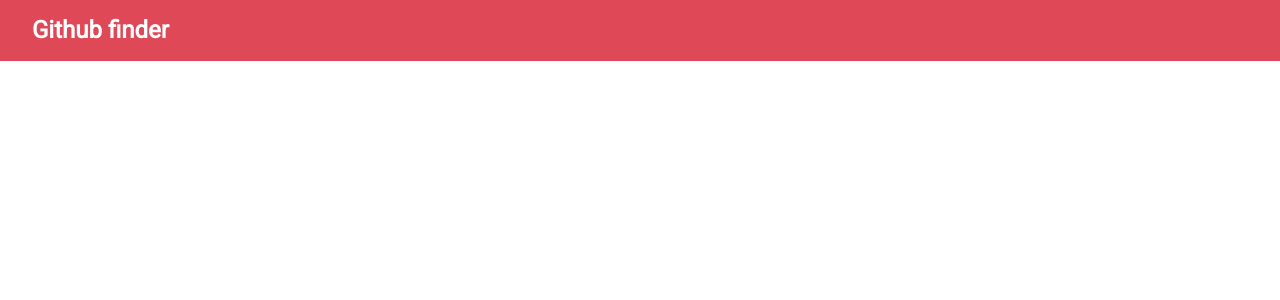
Repository: messimacky/github-finder
Page: /
An editor plug-in stored every save of this project. The page is shown before and after the next save, followed by the edit.
The browser window is 1280 px wide. The pictures show the whole page.
Some web libraries are served in a nearby version. The project was rebuilt for these pictures with package versions that can differ from the ones it lists, and the page was loaded fresh each time.

Above is the page before, as saved 2022-02-21 12:46:43.

### public/index.html
<!DOCTYPE html>
<html lang="en">
  <head>
    <meta charset="utf-8" />
    <link rel="icon" href="%PUBLIC_URL%/favicon.ico" />
    <meta name="viewport" content="width=device-width, initial-scale=1" />
    <meta name="theme-color" content="#000000" />
    <meta
      name="description"
      content="Web site created using create-react-app"
    />
    <link rel="apple-touch-icon" href="%PUBLIC_URL%/logo192.png" />

    <link rel="manifest" href="%PUBLIC_URL%/manifest.json" />

    <link
    rel="stylesheet"
    href="https://use.fontawesome.com/releases/v5.8.2/css/all.css"
    integrity="sha384-oS3vJWv+0UjzBfQzYUhtDYW+Pj2yciDJxpsK1OYPAYjqT085Qq/1cq5FLXAZQ7Ay"
    crossorigin="anonymous"
  />

    <title>React App</title>
  </head>
  <body>
    <noscript>You need to enable JavaScript to run this app.</noscript>
    <div id="root"></div>
  </body>
</html>

### src/App.js
import React, { Component, Fragment } from 'react';
import Navbar from './components/layout/Navbar';
import './App.css';

class App extends React.Component {

render(){
 return (
    <div className='App'>
   <Navbar title="Github finder" />

    </div>
  );
}


}

export default App;

### src/components/layout/Navbar.js
import React, { Component } from 'react'

export class Navbar extends Component {
  render() {
    return (
      <nav className='navbar bg-primary'>
      <h1>
      <i className/>
      {this.props.icon}
      {this.props.title}
      </h1>
       </nav>
    )
  }
}

export default Navbar

Loaded but not shown: src/index.js (common file); src/App.css (common file)

After the next save:
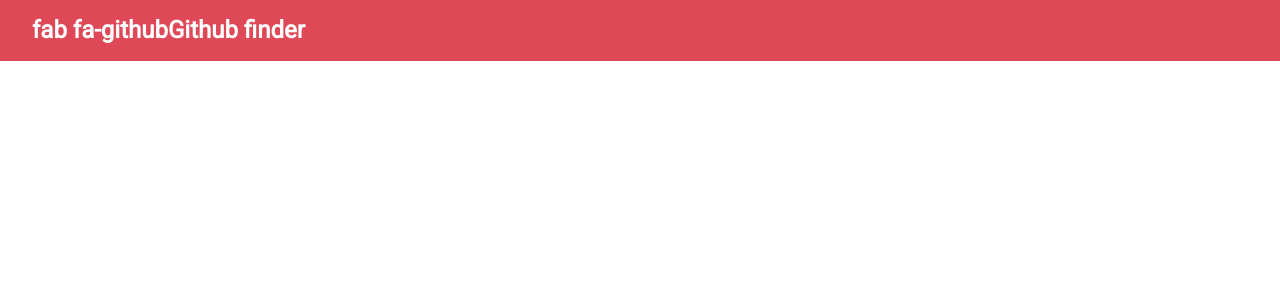
Saved 20 s later.
--- a/src/App.js
+++ b/src/App.js
@@ -7,7 +7,7 @@
 render(){
  return (
     <div className='App'>
-   <Navbar title="Github finder" />
+   <Navbar title="Github finder" icon="fab fa-github"/>
 
     </div>
   );
